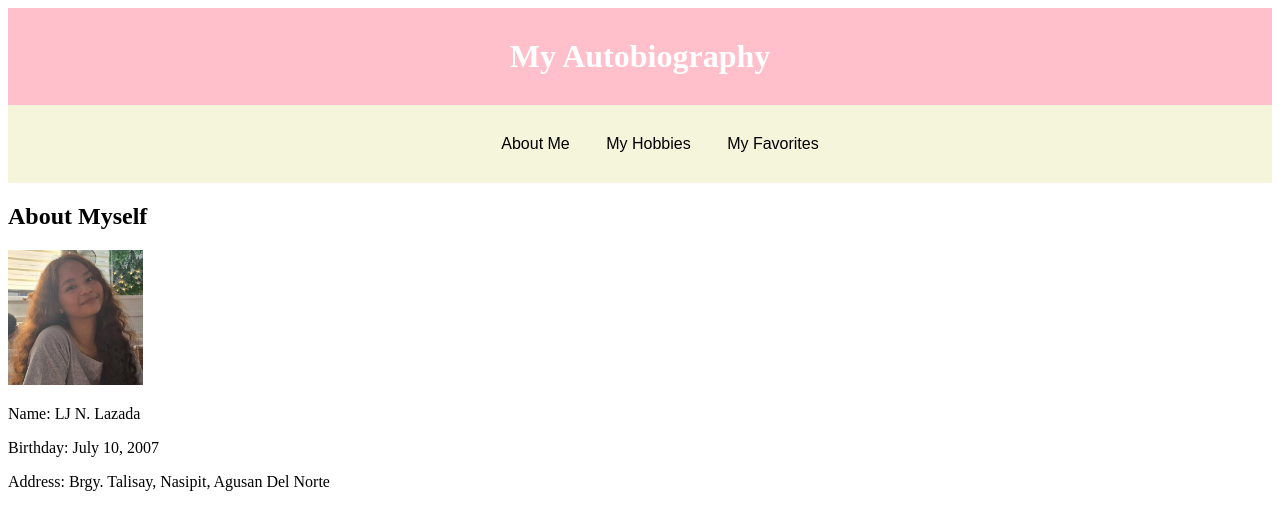
Repository: ljlazada11/MyHtmlCssActivity
Page: index.html
An editor plug-in stored every save of this project. The page is shown before and after the next save, followed by the edit.
The browser window is 1280 px wide. The pictures show the whole page.

Above is the page before, as saved 2026-07-15 19:02:15.

After the next save:
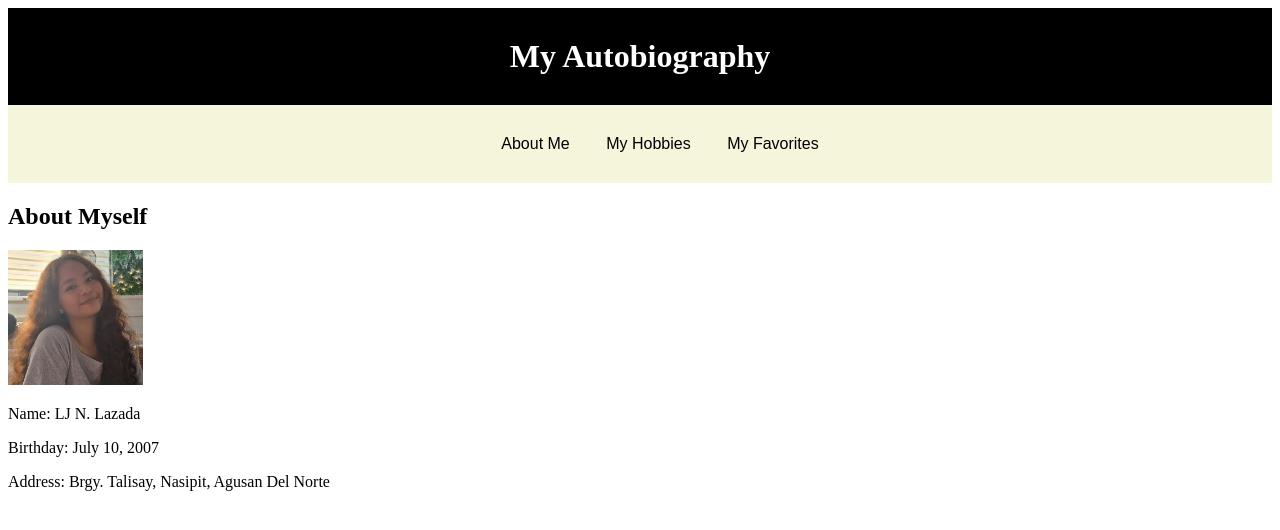
Saved 22 s later.
--- a/CSS/style.css
+++ b/CSS/style.css
@@ -1,7 +1,7 @@
 h1 {
     text-align: center;
     color: white;
-    background-color: pink;
+    background-color: black;
     margin: 0;
     padding: 30px;
     box-sizing: border-box;
